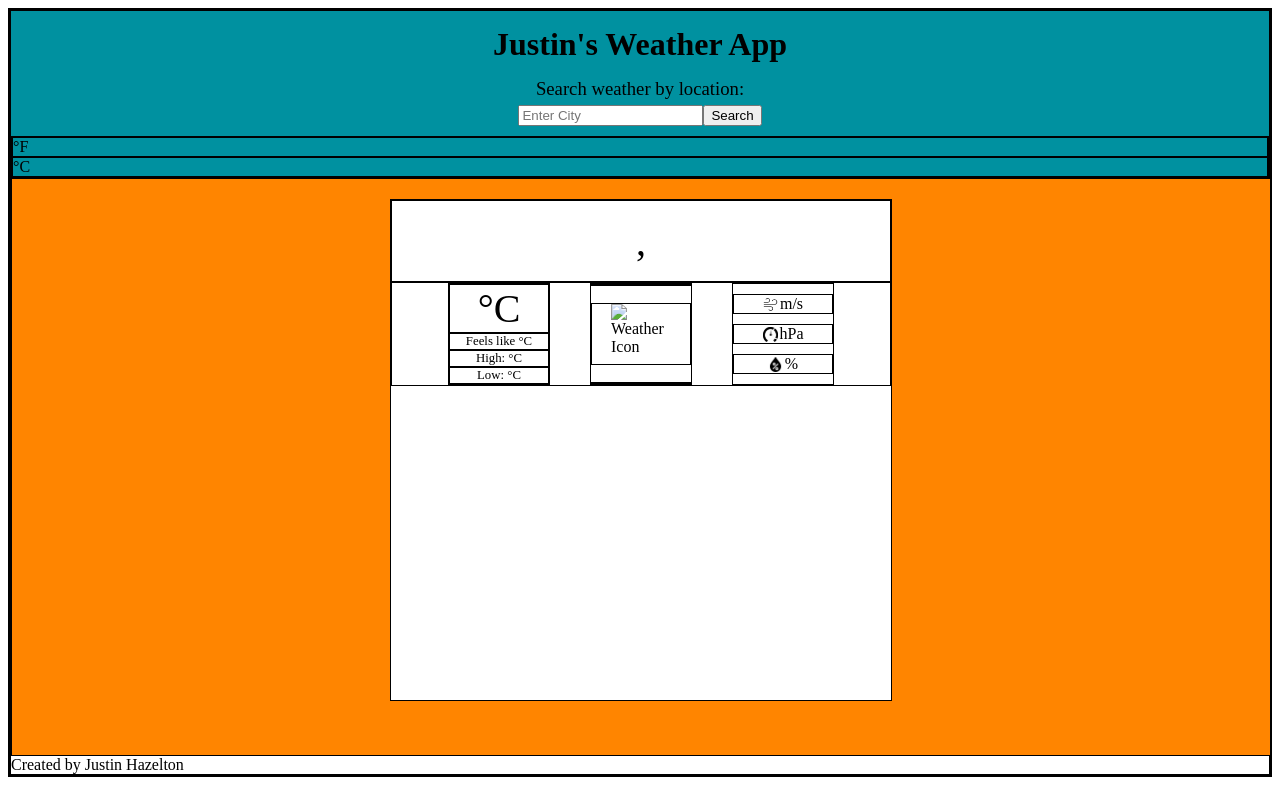
Repository: J-Haze/Weather
Page: /
These files come from the project's save history. The page is drawn as it stood at one moment and after the next save; the edit follows.
The browser window is 1280 px wide. The pictures show the whole page.
The project was rebuilt for these pictures with package versions that can differ from the ones it lists, and the page was loaded fresh each time. Also part of the build but not shown: src/index.css.

Above is the page before, as saved 2020-09-06 22:25:09.

### public/index.html
<!DOCTYPE html>
<html lang="en">
  <head>
    <meta charset="utf-8" />
    <link rel="icon" href="%PUBLIC_URL%/favicon.ico" />
    <meta name="viewport" content="width=device-width, initial-scale=1" />
    <meta name="theme-color" content="#000000" />
    <meta
      name="description"
      content="Web site created using create-react-app"
    />
    <link rel="apple-touch-icon" href="%PUBLIC_URL%/logo192.png" />
    <!--
      manifest.json provides metadata used when your web app is installed on a
      user's mobile device or desktop. See https://developers.google.com/web/fundamentals/web-app-manifest/
    -->
    <link rel="manifest" href="%PUBLIC_URL%/manifest.json" />
    <!--
      Notice the use of %PUBLIC_URL% in the tags above.
      It will be replaced with the URL of the `public` folder during the build.
      Only files inside the `public` folder can be referenced from the HTML.

      Unlike "/favicon.ico" or "favicon.ico", "%PUBLIC_URL%/favicon.ico" will
      work correctly both with client-side routing and a non-root public URL.
      Learn how to configure a non-root public URL by running `npm run build`.
    -->
    <title>Weather App ⛅</title>
  </head>
  <body>
    <noscript>You need to enable JavaScript to run this app.</noscript>
    <div id="root"></div>
    <!--
      This HTML file is a template.
      If you open it directly in the browser, you will see an empty page.

      You can add webfonts, meta tags, or analytics to this file.
      The build step will place the bundled scripts into the <body> tag.

      To begin the development, run `npm start` or `yarn start`.
      To create a production bundle, use `npm run build` or `yarn build`.
    -->
  </body>
</html>

### src/App.js
import React from "react";
import "./App.css";
import Weather from "./components/Weather"


// import Results from "./components/Results"

function App() {
  return (
    <div className="App" >
      <Weather />
    </div >
  )

}

export default App;

### src/App.css
:root{
    --light-blue: rgb(0,145,160);
    --orange: rgb(255, 133, 0);
    --dark-blue: rgb(0, 39, 96);
}

div {
    border: solid black 1px;
}

/* #root{
        width: 100%;
        height: 100%;
        bottom: 0px;
}

#app{
        width: 100%;
        height: 100%;
        bottom: 0px;
} */

header{
    background-color: var(--light-blue);
    display: flex;
    flex-direction: column;
    margin-left: auto;
    margin-right: auto;
    justify-content: center;
}

#title{
    display: flex;
    margin-left: auto;
    margin-right: auto;
    justify-content: center;
    /* align-items: center; */
    font-size: 2em;
    margin-top: 15px;
    margin-bottom: 15px;
    font-weight: bold;

    border: none;
}

#subtitle{
    display: flex;
    justify-content: center;
     align-items: center;
     margin-top: none;
     margin-bottom: 5px;;
    font-size: 1.17em;

    border: none;
}

#form{
    display: flex;
    margin-bottom: 10px;
}

#search-box{
    display: flex;
        margin-left: auto;
    justify-content: center;
     align-items: center;

}

#search-button{
    margin-right: auto;

      position: relative;
  /* width: 30px; */
  /* height: 30px;
  line-height: 30px; */
  color: black;
  /* flex-shrink: 0; */
}

#fa-search-location{
    display: flex;
    height: 100%;
    width: 100%;
    color: black;
}

#results-section{
    background-color: var(--orange);
    width: 100%;
    margin-top: 0px;
    height: 100%;
    min-height: 80vh;
}



#results-card{
    background-color: white;
    width: 500px;
    height: 500px;
    margin-top: 20px;
    margin-left: auto;
    margin-right: auto;
}

.location{
    display: flex;
    margin-left: auto;
    margin-right: auto;
    justify-content: center;
     align-items: center;
     height: 80px;
     font-size: 2.5em;
}

.row{
    display: flex;
}

.temp-container{
    margin-left: auto;
    width: 100px;
}

.weather-container{
    display: flex;
    flex-direction: column;
    margin-left: 40px;
    margin-right: 40px;
    width: 100px;
}

.other-container{
    margin-right: auto;
    width: 100px;
}

.temp-main{
    display: flex;
    font-size: 2.5em;
    justify-content: center;
    align-items: center;
}

.temp{
        display: flex;
    font-size: .8em;
    justify-content: center;
    align-items: center;
}

.mid{
    display: flex;
    justify-content: center;
    align-items: center;
}

.weather{
    margin-top: 0px;
    margin-bottom: auto;
    font-weight: bold;
    font-size: 1.2em;
}

.icon{
    height: 60px;
    width: 60px;
    margin-top: auto;
    margin-bottom: auto;
}

.description{
    margin-top: auto;
    margin-bottom: 0px;
}

.windy{
    height: 15px;
    width: 15px;
    margin-right: 2px;
}

.other{
    display: flex;
    justify-content: center;
    align-items: center;
    margin-top: 10px;
    margin-bottom: auto;
}

### src/components/Weather.js
import React from 'react';
// import getWeather from "./getWeather";
import { useState, useEffect } from 'react';
import "../App.css";
// import { getIconClass, makeDate } from '../Helpers';
import '../../node_modules/font-awesome/css/font-awesome.min.css';


//Weather Icons
import sun from '../assets/icons/01n.png'
import cloud from '../assets/icons/02n.png'
import scatteredCloud from '../assets/icons/03n.png'
import brokenCloud from '../assets/icons/04n.png'
import rain from '../assets/icons/09n.png'
import heavyRain from '../assets/icons/10n.png'
import thunderstorm from '../assets/icons/11n.png'
import snow from '../assets/icons/13n.png'
import mist from '../assets/icons/50n.png'
import windy from '../assets/icons/wind.png'
import pressIcon from '../assets/icons/pressure.png'
import humidIcon from '../assets/icons/humidity.png'


const Weather = () => {

    let [error, setError] = useState(false);
    let [loading, setLoading] = useState(false);
    let [errorMessage, setErrorMessage] = useState("");

    let [location, setLocation] = useState("");
    const [data, setData] = useState(null);
    const [url, setUrl] = useState("")

    const [city, setCity] = useState("");
    const [country, setCountry] = useState("");
    const [weather, setWeather] = useState("");
    const [description, setDescription] = useState("");
    const [icon, setIcon] = useState("");
    const [pressure, setPressure] = useState("");
    const [humidity, setHumidity] = useState("");
    const [wind, setWind] = useState("");

    const [temp, setTemp] = useState("");
    const [max, setMax] = useState("");
    const [min, setMin] = useState("");
    const [feel, setFeel] = useState("");

    // const[unit, setUnit] = useState("imperial")

    // const [searched, setSearched] = useState("false")

    //to keep API hidden:
    //const API_KEY = process.env.REACT_APP_API_KEY;
    const API_KEY = process.env.REACT_APP_API_KEY;
    // let unit = "imperial";
    let unit = "metric";

    const handleChange = (event) => {
        event.preventDefault();
        setLocation(event.target.value);
        console.log("event.target.value:", event.target.value)
    };

    const handleSubmit = (event) => {
        event.preventDefault();
        let urlInput = `https://api.openweathermap.org/data/2.5/weather?q=${location}&units=${unit}&appid=${API_KEY}`
        setUrl(urlInput)
    };

    useEffect(() => {
        if (!url) return;
        console.log("url:", url)
        const fetchWeather = async () => {
            setLoading(true);
            setError(false);
            try {
                const response = await fetch(url);
                const data = await response.json();
                console.log()
                if (data.cod !== 200) throw new Error(`${data.cod}: ${data.message}`);
                setData(data);
                setCity(data.name);
                setCountry(data.sys.country)
                // date: makeDate(),
                setWeather(data.weather[0].main);
                setDescription(data.weather[0].description);
                setIcon(data.weather[0].icon)
                //^^ get picture based on what the icon is
                setPressure(data.main.pressure);
                setHumidity(data.main.humidity);
                setWind(Math.round(data.wind.speed));
                setTemp(Math.round(data.main.temp));
                setMax(Math.round(data.main['temp_max']));
                setMin(Math.round(data.main['temp_min']));
                setFeel(Math.round(data.main['feels_like']));
            } catch (error) {
                setError(true);
                setErrorMessage(error.message);
                console.log(error);
            }
        };
        setLoading(false);
        fetchWeather();
    },
        [url]
    );

    const weatherIcons = {
        '01n': sun,
        '02n': cloud,
        '03n': scatteredCloud,
        '04n': brokenCloud,
        '09n': rain,
        '10n': heavyRain,
        '11n': thunderstorm,
        '13n': snow,
        '50n': mist,
        '200': windy,
        '300': pressIcon,
        '400': humidIcon
    };

    console.log(Math.round(295.28))
    // function toCelsius(fahrenheit) {
    //     return (fahrenheit - 32) * 5 / 9;
    // }

    // function toFahrenheit(celsius) {
    //     return (celsius * 9 / 5) + 32;
    // }


    console.log(error, loading, errorMessage, data)

    return (
        <div id="app">
            <header id="header">
                <div id="title" >Justin's Weather App</div>
                <div id="subtitle"> Search weather by location:</div>
                <form onSubmit={handleSubmit} id="form">
                    <input
                        type="text"
                        name="location"
                        placeholder="Enter City"
                        maxLength="50"
                        value={location || ""}
                        onChange={handleChange}
                        id="search-box"
                    />
                    <button type="submit" id="search-button">
                        <i className="fas fa-search-location"></i>
                        Search
                    </button>
                </form>
                <div className="toggle">
                    {unit === "imperial" ? (
                        <div className="toggleBtn imperial imperialSelected">&#176;F</div>
                    ) : (
                            <div className="toggleBtn imperial">&#176;F</div>
                        )}
                    {unit === "metric" ? (
                        <div className="toggleBtn metric metricSelected">&#176;C</div>
                    ) : (
                            <div className="toggleBtn metric">&#176;C</div>
                        )}
                </div>
            </header>
            <div id="results-section">
                <div id="results-card">
                    <div className="location">
                        {`${city}, ${country}`}
                    </div>

                    <div className="row">
                        <div className="temp-container">
                            <div className="temp-main">{temp}&#176;{unit == "imperial" ? 'F' : 'C'}</div>
                            <div className="feel temp">Feels like {feel}&#176;{unit == "imperial" ? 'F' : 'C'}</div>
                            <div className="max temp">High: {max}&#176;{unit == "imperial" ? 'F' : 'C'}</div>
                            <div className="min temp">Low: {min}&#176;{unit == "imperial" ? 'F' : 'C'}</div>

                        </div>

                        <div className="weather-container">
                            <div className="weather mid">{weather} </div>
                            <div className="mid"><img src={weatherIcons[icon]} className="icon" alt="Weather Icon" /></div>
                            <div className="description mid">{description}</div>
                        </div>

                        <div className="other-container">
                            <div className="wind other"><img src={weatherIcons['200']} className="windy" alt="Wind Icon" />{wind} {unit == "imperial" ? 'mph' : 'm/s'}</div>
                            <div className="pressure other">
                                <img src={weatherIcons['300']} className="windy" alt="Wind Icon" /> {`${pressure} hPa`}
                            </div>
                            <div className="humidity other">
                                <img src={weatherIcons['400']} className="windy" alt="Wind Icon" /> {humidity} %</div>
                        </div>
                    </div>
                </div>
            </div>
            <footer>
                Created by Justin Hazelton
            </footer>
        </div>
    )

}

export default Weather

Loaded but not shown: src/index.js (common file); src/serviceWorker.js (common file)

After the next save:
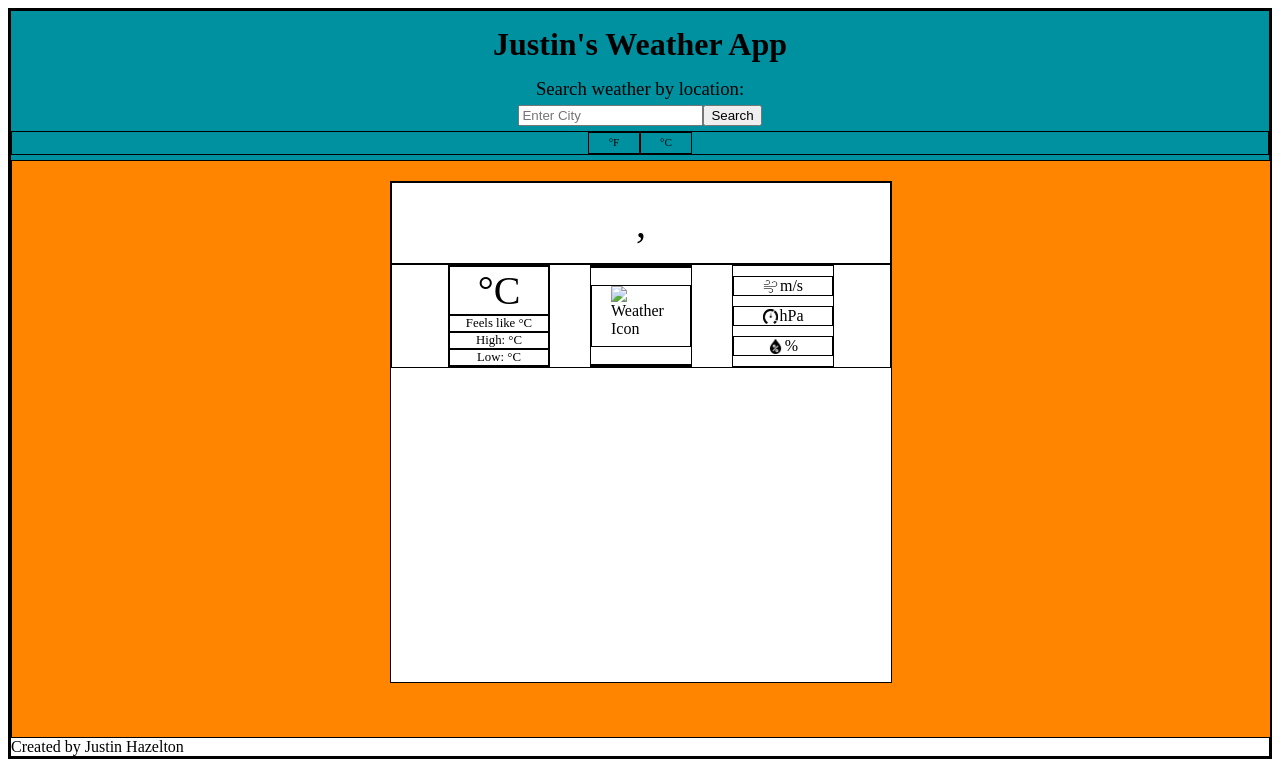
Saved 2 min 54 s later.
--- a/src/App.css
+++ b/src/App.css
@@ -56,7 +56,7 @@ header{
 
 #form{
     display: flex;
-    margin-bottom: 10px;
+    margin-bottom: 5px;
 }
 
 #search-box{
@@ -76,14 +76,32 @@ header{
   line-height: 30px; */
   color: black;
   /* flex-shrink: 0; */
-}
-
-#fa-search-location{
-    display: flex;
-    height: 100%;
-    width: 100%;
-    color: black;
-}
+  cursor: pointer;
+}
+
+.toggle{
+    display: flex;
+    justify-content: center;
+     align-items: center;
+     margin-bottom: 5px;
+}
+
+.toggleBtn{
+    display: flex;
+    width:50px;
+    height: 20px;
+    margin: 0px;
+    font-size: .7em;
+    justify-content: center;
+    align-items: center;
+    line-height: 100%;
+    border: solid black 1px;
+}
+
+.toggleBtn:hover{
+    cursor: pointer;
+}
+
 
 #results-section{
     background-color: var(--orange);
